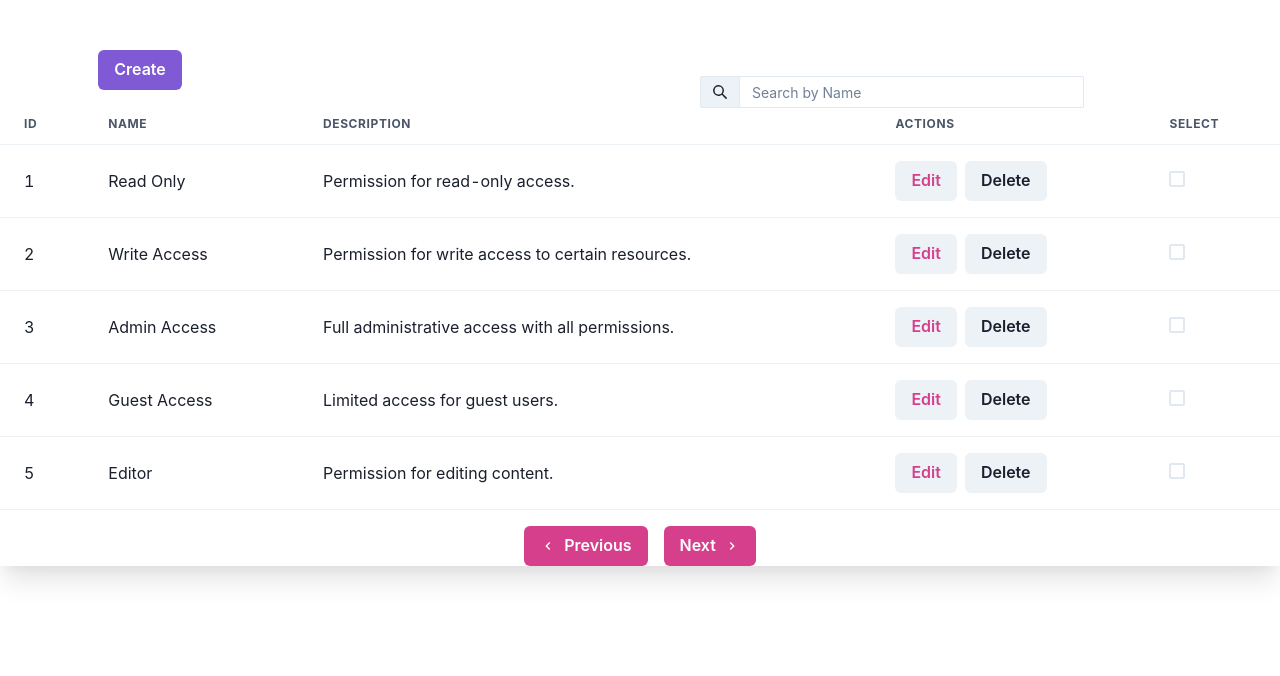
Repository: Andarg01/chakra-dashboard
Page: /
These files come from the project's save history. The page is drawn as it stood at one moment and after the next save; the edit follows.
The browser window is 1280 px wide. The pictures show the whole page.
The project was rebuilt for these pictures with package versions that can differ from the ones it lists, and the page was loaded fresh each time.

Above is the page before, as saved 2024-03-05 03:41:54.

After the next save:
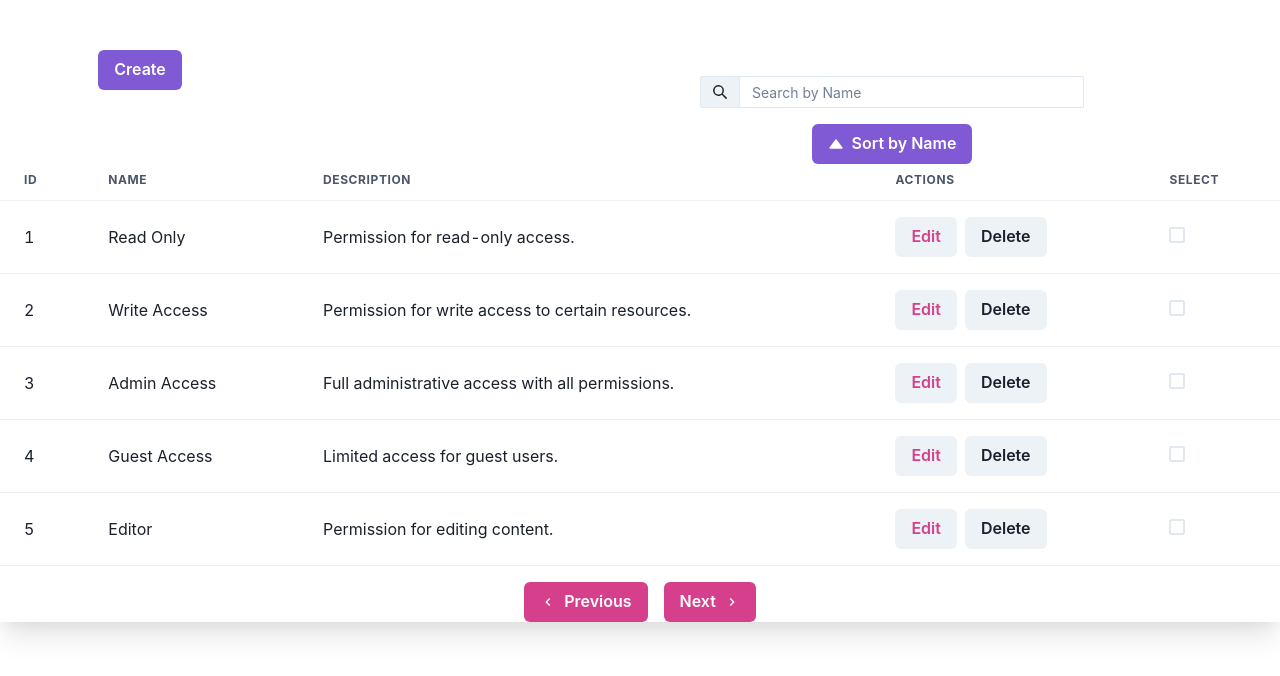
Saved 44 min 41 s later.
--- a/src/PermissionPage.tsx
+++ b/src/PermissionPage.tsx
@@ -25,7 +25,7 @@ import {
   Checkbox,
 } from '@chakra-ui/react';
 
-import { SearchIcon, ChevronLeftIcon, ChevronRightIcon } from '@chakra-ui/icons';
+import { SearchIcon, ChevronLeftIcon, ChevronRightIcon, TriangleDownIcon, TriangleUpIcon } from '@chakra-ui/icons';
 
 interface Permission {
   id: number;
@@ -52,6 +52,7 @@ const PermissionPage: React.FC = () => {
   const [newPermission, setNewPermission] = useState<Permission>({ id: 0, name: '', description: '' });
   const [nameFilter, setNameFilter] = useState('');
   const [selectedPermissions, setSelectedPermissions] = useState<number[]>([]);
+  const [sortOrder, setSortOrder] = useState<'asc' | 'desc'>('asc'); // Track sorting order
 
   // Modals
   const { isOpen, onOpen, onClose } = useDisclosure();
@@ -61,6 +62,15 @@ const PermissionPage: React.FC = () => {
   const handleSearchByName = (event: React.ChangeEvent<HTMLInputElement>) => {
     setNameFilter(event.target.value);
     setCurrentPage(1);
+  };
+
+  const handleSort = () => {
+    const newOrder = sortOrder === 'asc' ? 'desc' : 'asc';
+    setSortOrder(newOrder);
+    const sortedPermissions = [...permissions].sort((a, b) =>
+      sortOrder === 'asc' ? a.name.localeCompare(b.name) : b.name.localeCompare(a.name)
+    );
+    setPermissions(sortedPermissions);
   };
 
   const filteredPermissions = permissions.filter(permission =>
@@ -137,6 +147,9 @@ const PermissionPage: React.FC = () => {
           <InputLeftAddon children={<SearchIcon />} />
           <Input placeholder="Search by Name" value={nameFilter} onChange={handleSearchByName} />
         </InputGroup>
+        <Button onClick={handleSort} leftIcon={sortOrder === 'asc' ? <TriangleUpIcon /> : <TriangleDownIcon />} colorScheme='purple'>
+          Sort by Name
+        </Button>
       </Stack>
 
       <Table variant="simple">
